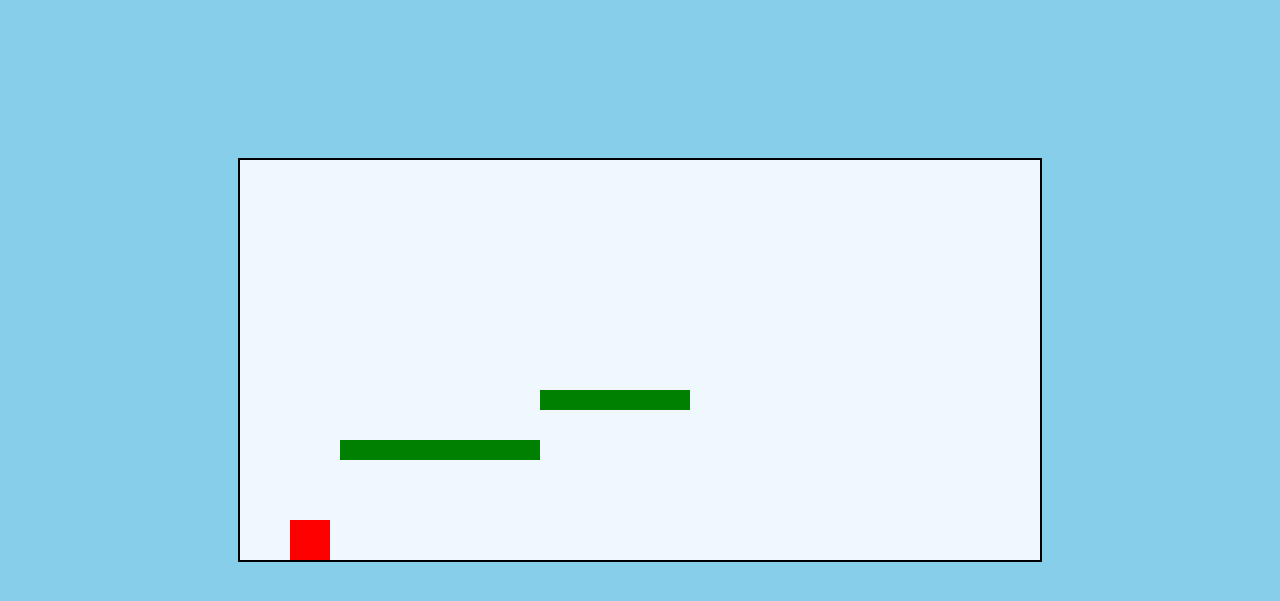
Repository: LeroyM084/jeuHTML
Page: index.html
An editor plug-in stored every save of this project. The page is shown before and after a run of saves, followed by the edit.
The browser window is 1280 px wide. The pictures show the whole page.

Above is the page before, as saved 2025-02-04 12:24:46.

### index.html
<!DOCTYPE html>
<html lang="fr">
  <head>
    <meta charset="UTF-8" />
    <meta name="viewport" content="width=device-width, initial-scale=1.0" />
    <title>Jeu de Plateforme</title>
    <link rel="stylesheet" href="style.css" />
  </head>
  <body>
    <div id="gameContainer">
      <div id="player"></div>
    </div>
    <script src="platform.js"></script>
    <script src="game.js"></script>
  </body>
</html>

### style.css
body {
    margin: 0;
    padding: 0;
    display: flex;
    justify-content: center;
    align-items: center;
    height: 100vh;
    background-color: #87CEEB;
  }

  #gameContainer {
    position: relative;
    width: 800px;
    height: 400px;
    background-color: #f0f8ff;
    overflow: hidden;
    border: 2px solid #000;
  }

  #player {
    position: absolute;
    width: 40px;
    height: 40px;
    background-color: red;
    bottom: 0;
    left: 50px;
  }

  #ground {
    position: absolute;
    bottom: 0;
    width: 100%;
    height: 20px;
    background-color: green;
  }

### platform.js
class Platform {
  constructor(x, y, hauteur, longueur) {
    this.x = x;
    this.y = y;
    this.hauteur = hauteur;
    this.longueur = longueur;
    this.element = this.createPlatform();
  }

  // Créer la plateforme HTML et la positionner
  createPlatform() {
    const platform = document.createElement("div");
    platform.style.position = "absolute";
    platform.style.left = `${this.x}px`;
    platform.style.bottom = `${this.y}px`;
    platform.style.width = `${this.longueur}px`;
    platform.style.height = `${this.hauteur}px`;
    platform.style.backgroundColor = "green";
    document.getElementById("gameContainer").appendChild(platform);
    return platform;
  }

  // Vérifier si le joueur est sur la plateforme
  isPlayerOnPlatform(player) {
    const playerLeft = parseInt(player.style.left);
    const playerRight = playerLeft + player.offsetWidth;
    const platformLeft = this.x;
    const platformRight = this.x + this.longueur;
    const playerBottom = parseInt(player.style.bottom);

    return (
      playerBottom <= this.y + this.hauteur &&
      playerBottom >= this.y &&
      playerLeft < platformRight &&
      playerRight > platformLeft
    );
  }
}

### game.js
const player = document.getElementById("player");
const gameContainer = document.getElementById("gameContainer");

let isJumping = false;
let gravity = 0.8; // La gravité
let velocity = 0; // La vitesse verticale du joueur
let position = 0; // Position verticale du joueur
let platforms = []; // Liste des plateformes
let playerOnGround = false; // Si le joueur est sur le sol ou une plateforme

// Crée une plateforme à ajouter
function addPlatform(x, y, hauteur, longueur) {
  const platform = new Platform(x, y, hauteur, longueur);
  platforms.push(platform);
}

// Déplacer le joueur
function movePlayer() {
  if (isJumping) {
    velocity -= gravity; // Appliquer la gravité
    position += velocity;

    let onAnyPlatform = false;

    // Vérifier si le joueur est sur une plateforme
    platforms.forEach((platform) => {
      if (platform.isPlayerOnPlatform(player)) {
        position = platform.y + platform.hauteur; // Position sur la plateforme
        velocity = 0; // Arrêter la chute
        isJumping = false; // Fin du saut
        onAnyPlatform = true;
      }
    });

    // Si le joueur n'est pas sur une plateforme, il tombe
    if (!onAnyPlatform && position <= 0) {
      position = 0;
      velocity = 0;
      playerOnGround = true; // Le joueur est au sol
    }

    player.style.bottom = `${position}px`;
  } else {
    // Si le joueur n'est pas en train de sauter, appliquer la gravité
    velocity -= gravity;
    position += velocity;

    let onAnyPlatform = false;

    platforms.forEach((platform) => {
      if (platform.isPlayerOnPlatform(player)) {
        position = platform.y + platform.hauteur;
        velocity = 0;
        onAnyPlatform = true;
        playerOnGround = true; // Le joueur est sur une plateforme
      }
    });

    // Si aucune plateforme n'est sous le joueur, il tombe
    if (!onAnyPlatform && position <= 0) {
      position = 0;
      velocity = 0;
      playerOnGround = true;
    }

    player.style.bottom = `${position}px`;
  }
}

// Sauter
function jump() {
  if (playerOnGround) {
    isJumping = true;
    velocity = 15; // Le joueur saute avec une certaine vitesse initiale
    playerOnGround = false; // Désactive le saut si le joueur est déjà en l'air
  }
}

// Déplacement à gauche
function moveLeft() {
  const currentLeft = parseInt(player.style.left) || 0;
  player.style.left = `${currentLeft - 5}px`;
}

// Déplacement à droite
function moveRight() {
  const currentLeft = parseInt(player.style.left) || 0;
  player.style.left = `${currentLeft + 5}px`;
}

document.addEventListener("keydown", (e) => {
  if (e.key === "ArrowUp") jump();
  if (e.key === "ArrowLeft") moveLeft();
  if (e.key === "ArrowRight") moveRight();
});

function gameLoop() {
  movePlayer();
  requestAnimationFrame(gameLoop);
}

// Ajout des plateformes
addPlatform(100, 100, 20, 200); // Plateforme en (x:100, y:100) de hauteur 20px et longueur 200px
addPlatform(300, 150, 20, 150); // Plateforme en (x:300, y:150) de hauteur 20px et longueur 150px

gameLoop();

After the next 2 saves:
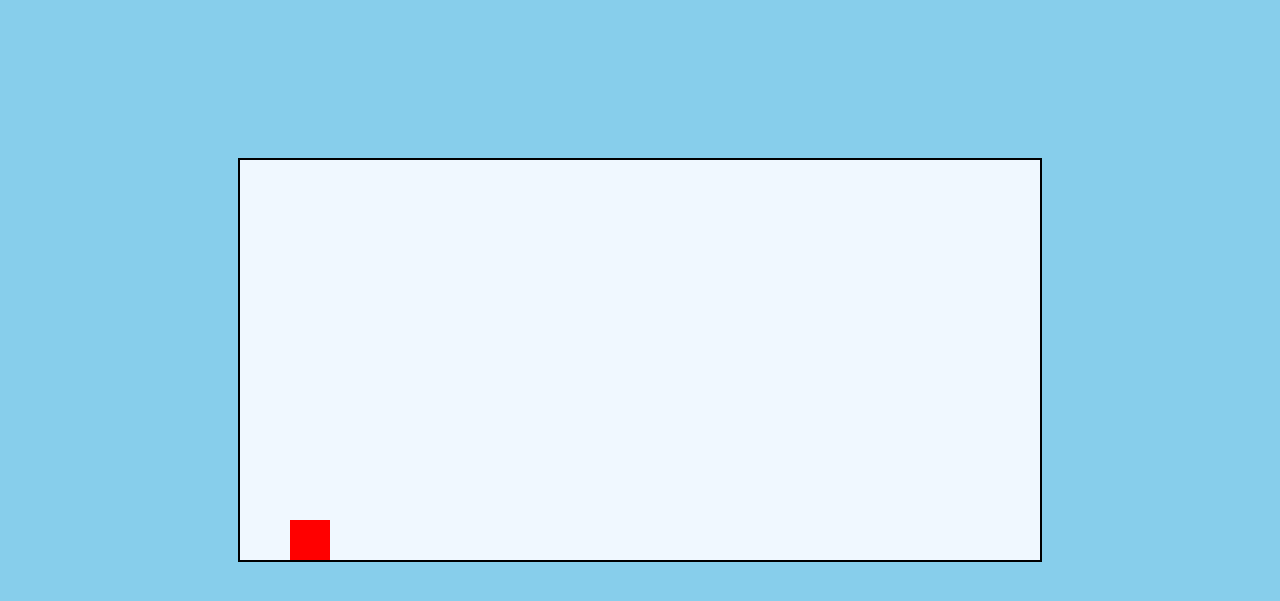
Console error: SyntaxError: Unexpected token ')'
The 2 saves are shown as one change because they came seconds apart.
The last was saved 7 min 39 s later.
--- a/game.js
+++ b/game.js
@@ -69,7 +69,7 @@
 
 // Sauter
 function jump() {
-  if (playerOnGround) {
+  if (playerOnGround || ) {
     isJumping = true;
     velocity = 15; // Le joueur saute avec une certaine vitesse initiale
     playerOnGround = false; // Désactive le saut si le joueur est déjà en l'air

After the save that followed:
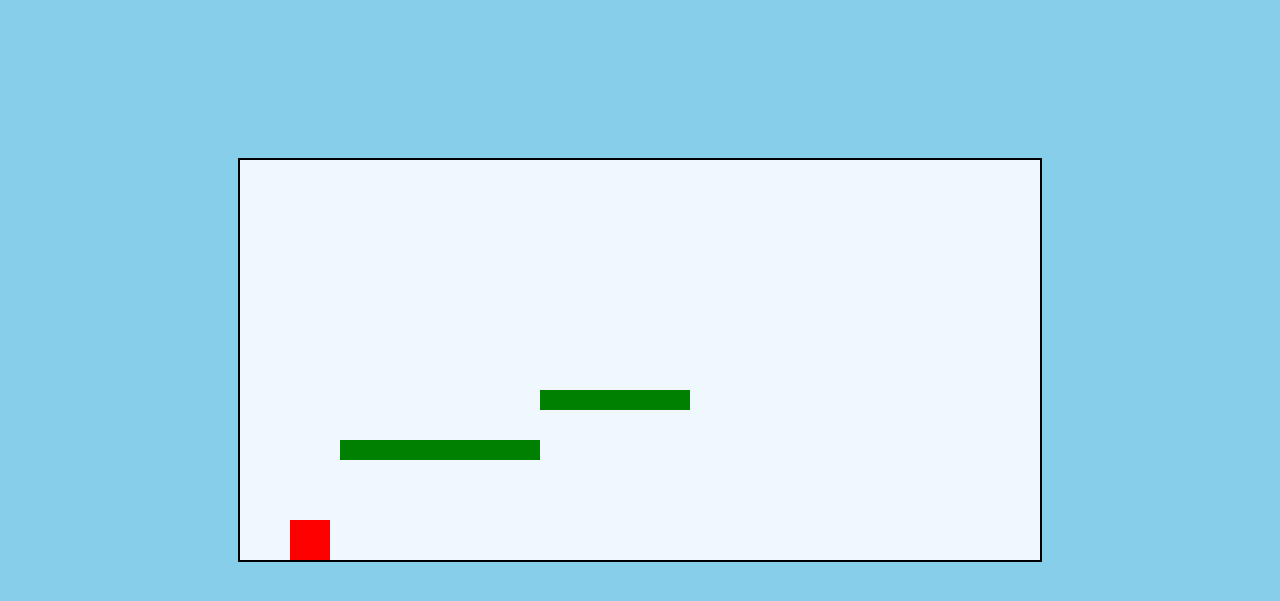
The error is gone.
Saved 4 s later.
--- a/game.js
+++ b/game.js
@@ -69,7 +69,7 @@
 
 // Sauter
 function jump() {
-  if (playerOnGround || ) {
+  if (playerOnGround || playerOnPlatform) {
     isJumping = true;
     velocity = 15; // Le joueur saute avec une certaine vitesse initiale
     playerOnGround = false; // Désactive le saut si le joueur est déjà en l'air
